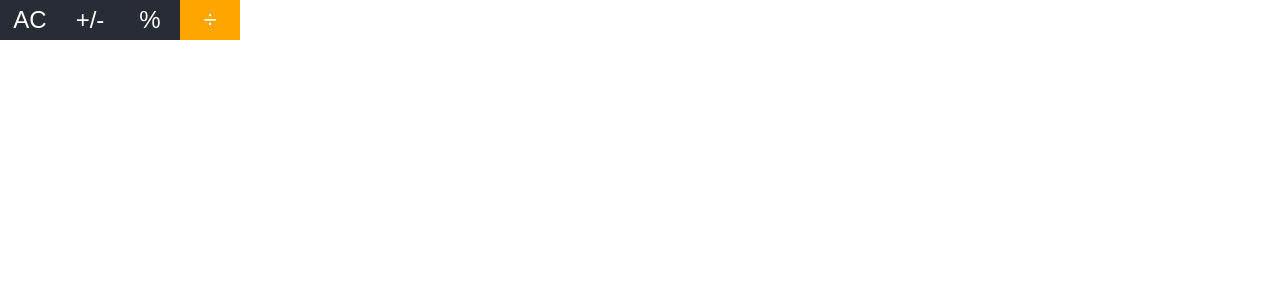
Repository: catsarenotreal/CalculatorWebApp
Page: /
An editor plug-in stored every save of this project. The page is shown before and after the next save, followed by the edit.
The browser window is 1280 px wide. The pictures show the whole page.
The project was rebuilt for these pictures with package versions that can differ from the ones it lists, and the page was loaded fresh each time.

Above is the page before, as saved 2024-08-22 15:00:30.

### src/App.tsx
import React from 'react';
// import logo from './logo.svg';
import './App.css';

type Props = {
  val : string;
  colour : 'orange'|'darkgrey'|'lightgrey';
}

function DisplayScreen(){ // changes on click for = sign
  return <></>;
}

function Buttons(props : Props){

  const val = props.val;
  const colour = props.colour;


  function handleClick(){

  }

  return <button className = {`Buttons ${colour}`} onClick = {handleClick}>
    {val}
  </button>
}

export default function Calc() {
  return (
    <main>
      <div className = "row">
        {/* <DisplayScreen> </DisplayScreen> */}
      </div>
      <div className = "row">
        <Buttons val={'AC'} colour = 'darkgrey'/>
        <Buttons val={'+/-'} colour = 'darkgrey'/>
        <Buttons val={'%'} colour = 'darkgrey'/ >
        <Buttons val={'÷'} colour = 'orange' />
      </div>
      <div>

      </div>
    </main>

  );
}

### src/App.css
.App {
  text-align: center;
}

:root{

  --greyBG: grey;
  --darkGreyBG: rgb(46, 46, 46);
  --orangeBG: orange;

  --bgColour: if ('grey') var(--greyBG) else var(--orangeBG)


}

.App-logo {
  height: 40vmin;
  pointer-events: none;
}


.App-header {
  background-color: #282c34;
  min-height: 100vh;
  display: flex;
  flex-direction: column;
  align-items: center;
  justify-content: center;
  font-size: calc(10px + 2vmin);
  color: white;
}

.App-link {
  color: #61dafb;
}


.DisplayScreen {
  background-color: rgb(24, 24, 24);
  text-align: right;
}

.Buttons {
  text-align: center;
  box-shadow: none;
  border: 0;
  border-radius: 3;
  border-color: black;
  font-size: 1.5rem;
  color: white;
  height: 40px;
  width: 60px;
}

.Buttons.orange{
  background-color: orange;
}

.Buttons.lightgrey{
  background-color: #797979;
}

.Buttons.darkgrey{
  background-color:#282c34;
}






@keyframes App-logo-spin {
  from {
    transform: rotate(0deg);
  }
  to {
    transform: rotate(360deg);
  }
}

Loaded but not shown: public/index.html (common file); src/index.tsx (common file); src/index.css (common file); src/reportWebVitals.ts (common file)

After the next save:
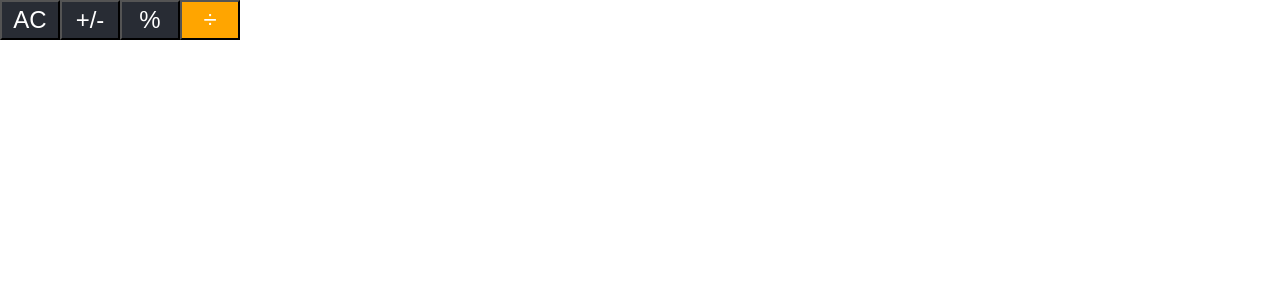
Saved 7 s later.
--- a/src/App.css
+++ b/src/App.css
@@ -43,8 +43,8 @@
 .Buttons {
   text-align: center;
   box-shadow: none;
-  border: 0;
-  border-radius: 3;
+  border: 1;
+  /* border-radius: 20; */
   border-color: black;
   font-size: 1.5rem;
   color: white;
